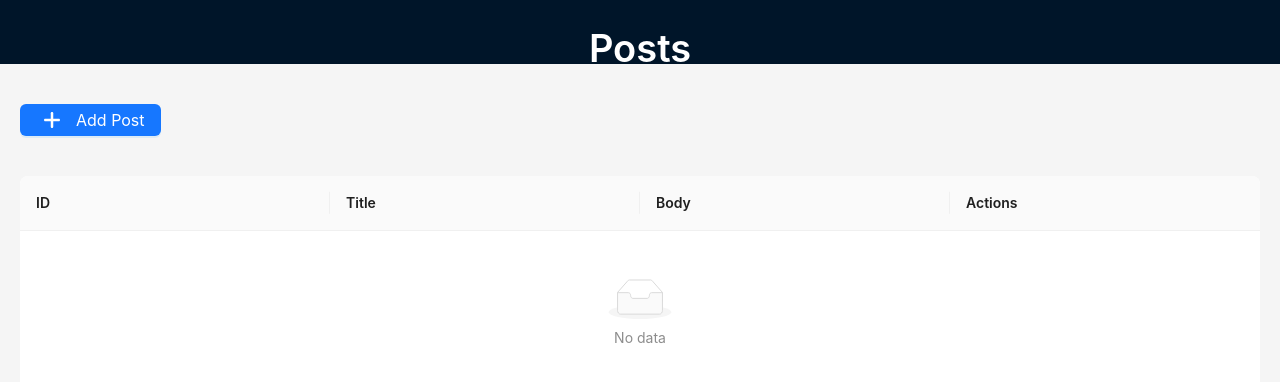
Repository: yasserrrz/Denamo-posts
Page: /
These files come from the project's save history. The page is drawn as it stood at one moment and after a run of saves; the edit follows.
The browser window is 1280 px wide. The pictures show the whole page.
The page's requests for data from a server got no answer. The project was rebuilt for these pictures with package versions that can differ from the ones it lists, and the page was loaded fresh each time. No one was signed in, and anything a server would have sent is missing. Also part of the build but not shown: src/components/PostForm.tsx.

Above is the page before, as saved 2024-11-28 15:42:28.

After the next 4 saves:
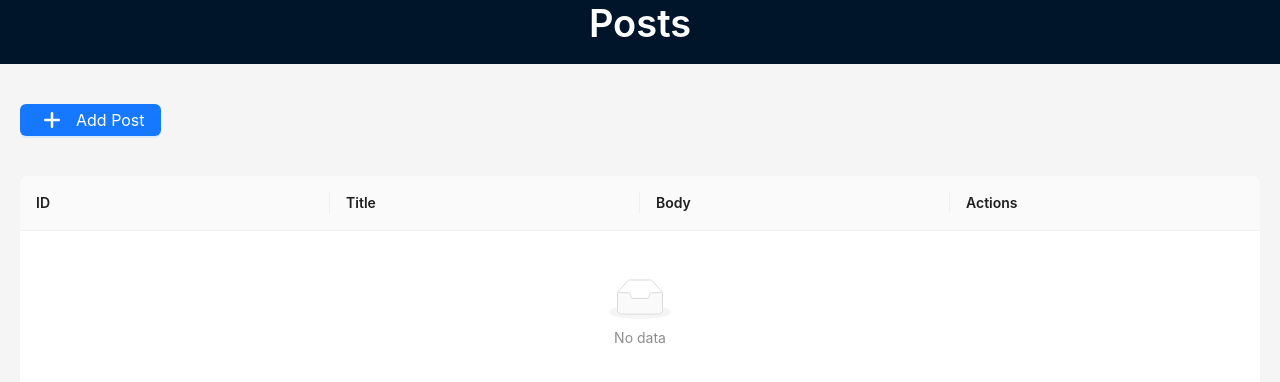
The 4 saves are shown as one change because they came seconds apart.
The last was saved 20 s later.
--- a/src/App.tsx
+++ b/src/App.tsx
@@ -14,7 +14,7 @@ const App: React.FC = () => {
   return (<>
     <Layout style={{ minHeight: '100vh' }}>
       <Header style={{ color: 'white', textAlign: 'center'   }}>
-        <Title level={1} style={{ color: 'white' , textAlign: 'center' , }}>
+        <Title level={1} style={{ color: 'white' , textAlign: 'center' , marginTop: '0px' }}>
           Posts
         </Title>
       </Header>
